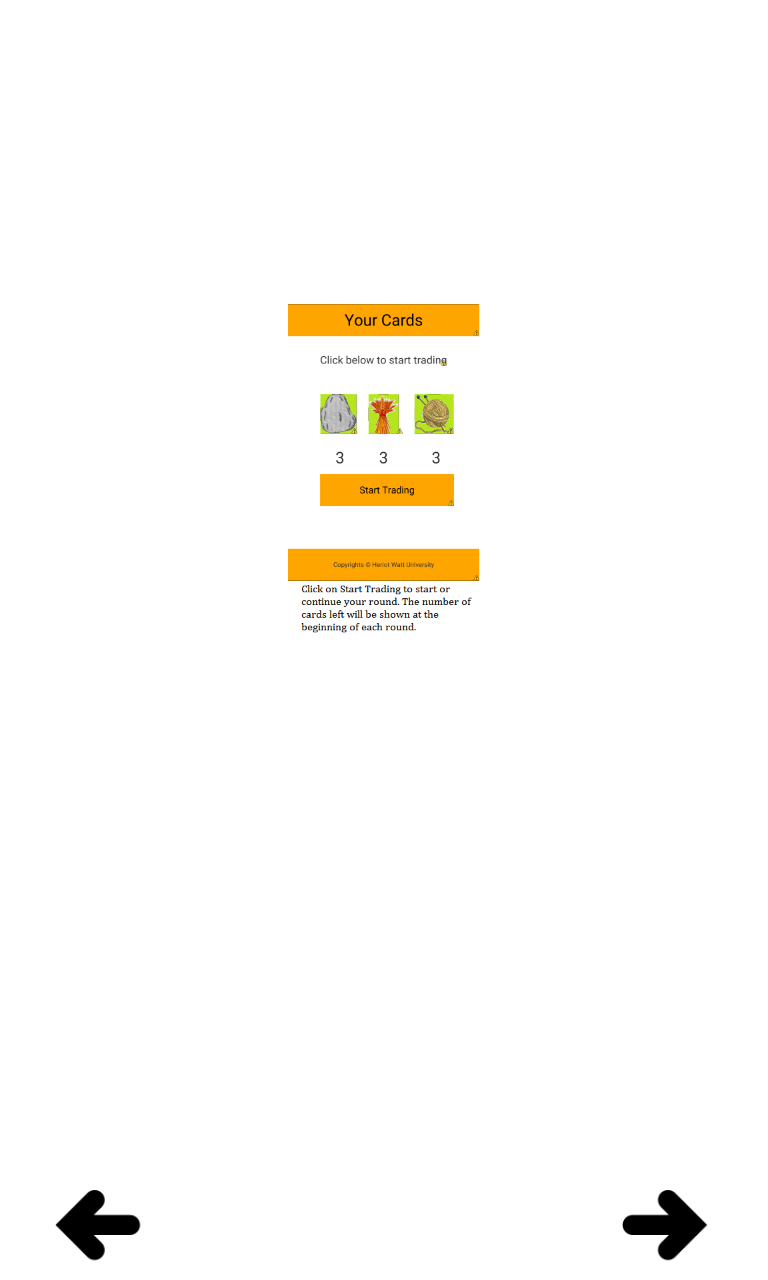
Repository: nidafarooqui/Trading-Game-Version-3
Layout: TaikunServer/res/layout/activity_help_page_two.xml
An editor plug-in stored every save of this project. The layout is shown before and after the next save, followed by the edit.
It is drawn on a 768 x 1280 px phone screen (xhdpi) without system bars, with theme AppTheme; the app's code is not run.

Above is the layout before, as saved 2014-08-17 00:30:29.

### TaikunServer/res/layout/activity_help_page_two.xml
<RelativeLayout xmlns:android="http://schemas.android.com/apk/res/android"
    xmlns:tools="http://schemas.android.com/tools"
    android:layout_width="match_parent"
    android:layout_height="match_parent"
    tools:context="${relativePackage}.${activityClass}" >

    <ImageButton
        android:id="@+id/imageButton1"
        android:layout_width="100dp"
        android:layout_height="60dp"
        android:layout_alignParentBottom="true"
        android:layout_alignParentRight="true"
        android:background="@android:color/transparent"
        android:scaleType="centerInside"
        android:src="@drawable/arrow_right_thick" />

    <ImageButton
        android:id="@+id/imageButton2"
        android:layout_width="100dp"
        android:layout_height="60dp"
        android:layout_alignParentBottom="true"
        android:layout_alignParentLeft="true"
        android:background="@android:color/transparent"
        android:scaleType="centerInside"
        android:src="@drawable/arrow_left_thick" />

    <ImageView
        android:id="@+id/imageView1"
        android:layout_width="wrap_content"
        android:layout_height="wrap_content"
        android:layout_alignParentTop="true"
        android:layout_centerHorizontal="true"
        android:layout_marginTop="152dp"
        android:scaleType="fitCenter"
        android:src="@drawable/help2" />

</RelativeLayout>

### TaikunServer/res/values/colours.xml
<?xml version="1.0" encoding="utf-8"?>
<resources>

    <color name="white">#FFFFFF</color>
    <color name="black">#000000</color>
    <color name="symptom_color_selected">#003366</color>
    <color name="reaction_color_selected">#003366</color>
    <color name="static_text_color">#003366</color>
    <color name="journal_entry_listitem_text_color">#003366</color>
    <color name="note_text_disabled">#333333</color>
    <color name="sky">#0099CC</color>
    <color name="lightgray">#e7e7e7</color>
      <color name="lightgray02">#bfbfbf</color>
    <color name="dark">#000015</color>
    <color name="lightgreen">#336666</color>
    <color name="orrange">#e33d1b</color>
    <color name="darkorrange">#cc2303</color>


 <color name="ivory">#FFFFF0</color>
 <color name="lightYellow">#FFFFE0</color>
 <color name="snow">#FFFAFA</color>
 <color name="floralWhite">#FFFAF0</color>
 <color name="lemonChiffon">#FFFACD</color>
 <color name="cornsilk">#FFF8DC</color>
 <color name="seashell">#FFF5EE</color>
 <color name="lavenderBlush">#FFF0F5</color>
 <color name="papayaWhip">#FFEFD5</color>
 <color name="blanchedAlmond">#FFEBCD</color>
 <color name="mistyRose">#FFE4E1</color>
 <color name="bisque">#FFE4C4</color>
 <color name="moccasin">#FFE4B5</color>
 <color name="navajoWhite">#FFDEAD</color>
 <color name="peachPuff">#FFDAB9</color>
 <color name="gold">#FFD700</color>
 <color name="pink">#FFC0CB</color>
 <color name="lightPink">#FFB6C1</color>
 <color name="orange">#FFA500</color>
 <color name="lightSalmon">#FFA07A</color>
 <color name="darkOrange">#FF8C00</color>
 <color name="coral">#FF7F50</color>
 <color name="hotPink">#FF69B4</color>
 <color name="tomato">#FF6347</color>
 <color name="orangeRed">#FF4500</color>
 <color name="deepPink">#FF1493</color>
 <color name="fuchsia">#FF00FF</color>
 <color name="magenta">#FF00FF</color>
 <color name="red">#FF0000</color>
 <color name="oldLace">#FDF5E6</color>
 <color name="lightGoldenrodYellow">#FAFAD2</color>
 <color name="linen">#FAF0E6</color>
 <color name="antiqueWhite">#FAEBD7</color>
 <color name="salmon">#FA8072</color>
 <color name="ghostWhite">#F8F8FF</color>
 <color name="mintCream">#F5FFFA</color>
 <color name="whiteSmoke">#F5F5F5</color>
 <color name="beige">#F5F5DC</color>
 <color name="wheat">#F5DEB3</color>
 <color name="sandyBrown">#F4A460</color>
 <color name="azure">#F0FFFF</color>
 <color name="honeydew">#F0FFF0</color>
 <color name="aliceBlue">#F0F8FF</color>
 <color name="khaki">#F0E68C</color>
 <color name="lightCoral">#F08080</color>
 <color name="paleGoldenrod">#EEE8AA</color>
 <color name="violet">#EE82EE</color>
 <color name="darkSalmon">#E9967A</color>
 <color name="lavender">#E6E6FA</color>
 <color name="lightCyan">#E0FFFF</color>
 <color name="burlyWood">#DEB887</color>
 <color name="plum">#DDA0DD</color>
 <color name="gainsboro">#DCDCDC</color>
 <color name="crimson">#DC143C</color>
 <color name="paleVioletRed">#DB7093</color>
 <color name="goldenrod">#DAA520</color>
 <color name="orchid">#DA70D6</color>
 <color name="thistle">#D8BFD8</color>
 <color name="lightGrey">#D3D3D3</color>
 <color name="tan">#D2B48C</color>
 <color name="chocolate">#D2691E</color>
 <color name="peru">#CD853F</color>
 <color name="indianRed">#CD5C5C</color>
 <color name="mediumVioletRed">#C71585</color>
 <color name="silver">#C0C0C0</color>
 <color name="darkKhaki">#BDB76B</color>
 <color name="rosyBrown">#BC8F8F</color>
 <color name="mediumOrchid">#BA55D3</color>
 <color name="darkGoldenrod">#B8860B</color>
 <color name="fireBrick">#B22222</color>
 <color name="powderBlue">#B0E0E6</color>
 <color name="lightSteelBlue">#B0C4DE</color>
 <color name="paleTurquoise">#AFEEEE</color>
 <color name="greenYellow">#ADFF2F</color>
 <color name="lightBlue">#ADD8E6</color>
 <color name="darkGray">#A9A9A9</color>
 <color name="brown">#A52A2A</color>
 <color name="sienna">#A0522D</color>
 <color name="yellowGreen">#9ACD32</color>
 <color name="darkOrchid">#9932CC</color>
 <color name="paleGreen">#98FB98</color>
 <color name="darkViolet">#9400D3</color>
 <color name="mediumPurple">#9370DB</color>
 <color name="lightGreen">#90EE90</color>
 <color name="darkSeaGreen">#8FBC8F</color>
 <color name="saddleBrown">#8B4513</color>
 <color name="darkMagenta">#8B008B</color>
 <color name="darkRed">#8B0000</color>
 <color name="blueViolet">#8A2BE2</color>
 <color name="lightSkyBlue">#87CEFA</color>
 <color name="skyBlue">#87CEEB</color>
 <color name="gray">#808080</color>
 <color name="olive">#808000</color>
 <color name="purple">#800080</color>
 <color name="maroon">#800000</color>
 <color name="aquamarine">#7FFFD4</color>
 <color name="chartreuse">#7FFF00</color>
 <color name="lawnGreen">#7CFC00</color>
 <color name="mediumSlateBlue">#7B68EE</color>
 <color name="lightSlateGray">#778899</color>
 <color name="slateGray">#708090</color>
 <color name="oliveDrab">#6B8E23</color>
 <color name="slateBlue">#6A5ACD</color>
 <color name="dimGray">#696969</color>
 <color name="mediumAquamarine">#66CDAA</color>
 <color name="cornflowerBlue">#6495ED</color>
 <color name="cadetBlue">#5F9EA0</color>
 <color name="darkOliveGreen">#556B2F</color>
 <color name="indigo">#4B0082</color>
 <color name="mediumTurquoise">#48D1CC</color>
 <color name="darkSlateBlue">#483D8B</color>
 <color name="steelBlue">#4682B4</color>
 <color name="royalBlue">#4169E1</color>
 <color name="turquoise">#40E0D0</color>
 <color name="mediumSeaGreen">#3CB371</color>
 <color name="limeGreen">#32CD32</color>
 <color name="darkSlateGray">#2F4F4F</color>
 <color name="seaGreen">#2E8B57</color>
 <color name="forestGreen">#228B22</color>
 <color name="lightSeaGreen">#20B2AA</color>
 <color name="dodgerBlue">#1E90FF</color>
 <color name="midnightBlue">#191970</color>
 <color name="aqua">#00FFFF</color>
 <color name="cyan">#00FFFF</color>
 <color name="springGreen">#00FF7F</color>
 <color name="lime">#00FF00</color>
 <color name="mediumSpringGreen">#00FA9A</color>
 <color name="darkTurquoise">#00CED1</color>
 <color name="deepSkyBlue">#00BFFF</color>
 <color name="darkCyan">#008B8B</color>
 <color name="teal">#008080</color>
 <color name="green">#008000</color>
 <color name="darkGreen">#006400</color>
 <color name="blue">#0000FF</color>
 <color name="mediumBlue">#0000CD</color>
 <color name="darkBlue">#00008B</color>
 <color name="navy">#000080</color>

</resources>

Loaded but not shown: TaikunServer/res/values/styles.xml (common file); TaikunServer/res/values-v11/styles.xml (common file); TaikunServer/res/values-v14/styles.xml (common file)

After the next save:
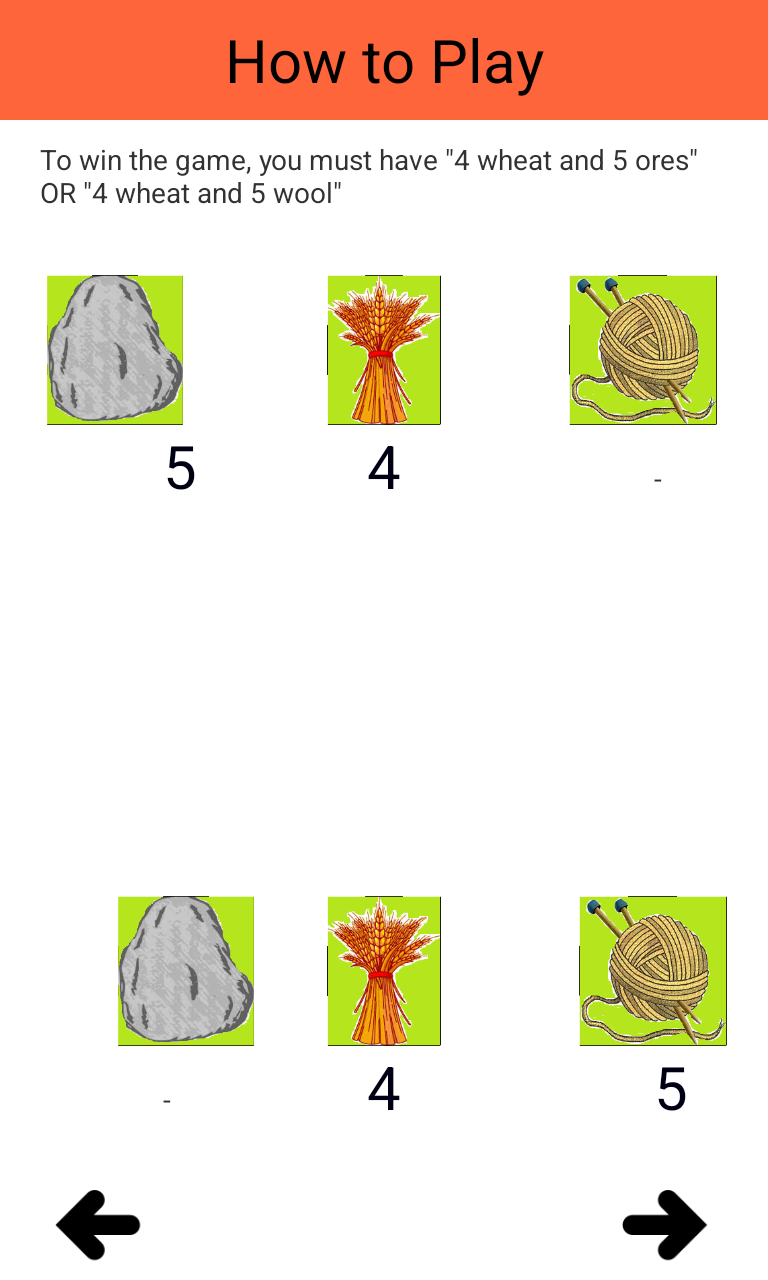
Saved 51 s later.
--- a/TaikunServer/res/layout/activity_help_page_two.xml
+++ b/TaikunServer/res/layout/activity_help_page_two.xml
@@ -2,10 +2,11 @@
     xmlns:tools="http://schemas.android.com/tools"
     android:layout_width="match_parent"
     android:layout_height="match_parent"
+    android:gravity="center_vertical"
     tools:context="${relativePackage}.${activityClass}" >
 
     <ImageButton
-        android:id="@+id/imageButton1"
+        android:id="@+id/imageButtonPageThree"
         android:layout_width="100dp"
         android:layout_height="60dp"
         android:layout_alignParentBottom="true"
@@ -15,7 +16,7 @@
         android:src="@drawable/arrow_right_thick" />
 
     <ImageButton
-        android:id="@+id/imageButton2"
+        android:id="@+id/imageButtonBack"
         android:layout_width="100dp"
         android:layout_height="60dp"
         android:layout_alignParentBottom="true"
@@ -24,14 +25,140 @@
         android:scaleType="centerInside"
         android:src="@drawable/arrow_left_thick" />
 
-    <ImageView
-        android:id="@+id/imageView1"
+    <TextView
+        android:id="@+id/textView1"
         android:layout_width="wrap_content"
         android:layout_height="wrap_content"
         android:layout_alignParentTop="true"
+        android:layout_marginLeft="20dp"
+        android:layout_marginRight="20dp"
+        android:layout_marginTop="70dp"
+        android:text="To win the game, you must have &quot;4 wheat and 5 ores&quot; OR &quot;4 wheat and 5 wool&quot;" />
+
+    <ImageView
+        android:id="@+id/rockImage"
+        android:layout_width="75dp"
+        android:layout_height="75dp"
+        android:layout_alignTop="@+id/wheatImage"
+        android:layout_marginRight="24dp"
+        android:layout_toLeftOf="@+id/wheatImage"
+        android:src="@drawable/rockcard" />
+
+    <ImageView
+        android:id="@+id/wheatImage"
+        android:layout_width="75dp"
+        android:layout_height="75dp"
+        android:layout_alignTop="@+id/woolImage"
         android:layout_centerHorizontal="true"
-        android:layout_marginTop="152dp"
-        android:scaleType="fitCenter"
-        android:src="@drawable/help2" />
+        android:src="@drawable/wheatcard" />
+
+    <TextView
+        android:id="@+id/wheatGoalState"
+        android:layout_width="wrap_content"
+        android:layout_height="wrap_content"
+        android:layout_below="@+id/rockImage"
+        android:layout_centerHorizontal="true"
+        android:text="4"
+        android:textColor="@color/dark"
+        android:textSize="30sp" />
+
+    <TextView
+        android:id="@+id/woolGoalState"
+        android:layout_width="wrap_content"
+        android:layout_height="wrap_content"
+        android:layout_alignBaseline="@+id/wheatGoalState"
+        android:layout_alignBottom="@+id/wheatGoalState"
+        android:layout_alignRight="@+id/woolImage"
+        android:layout_marginRight="20dp"
+        android:text="5"
+        android:textColor="@color/dark"
+        android:textSize="30sp" />
+
+    <ImageView
+        android:id="@+id/woolImage"
+        android:layout_width="75dp"
+        android:layout_height="75dp"
+        android:layout_above="@+id/imageButtonPageThree"
+        android:layout_alignRight="@+id/textView1"
+        android:layout_marginBottom="57dp"
+        android:src="@drawable/woolcard" />
+
+    <ImageView
+        android:id="@+id/ImageView03"
+        android:layout_width="75dp"
+        android:layout_height="75dp"
+        android:layout_alignLeft="@+id/imageButtonPageThree"
+        android:layout_below="@+id/textView1"
+        android:layout_marginTop="32dp"
+        android:src="@drawable/woolcard" />
+
+    <ImageView
+        android:id="@+id/ImageView01"
+        android:layout_width="75dp"
+        android:layout_height="75dp"
+        android:layout_alignLeft="@+id/wheatImage"
+        android:layout_alignTop="@+id/ImageView03"
+        android:src="@drawable/wheatcard" />
+
+    <ImageView
+        android:id="@+id/ImageView02"
+        android:layout_width="75dp"
+        android:layout_height="75dp"
+        android:layout_alignLeft="@+id/textView1"
+        android:layout_alignTop="@+id/ImageView01"
+        android:src="@drawable/rockcard" />
+
+    <TextView
+        android:id="@+id/TextView01"
+        android:layout_width="wrap_content"
+        android:layout_height="wrap_content"
+        android:layout_alignLeft="@+id/wheatGoalState"
+        android:layout_below="@+id/ImageView01"
+        android:text="4"
+        android:textColor="@color/dark"
+        android:textSize="30sp" />
+
+    <TextView
+        android:id="@+id/rocksGoalState"
+        android:layout_width="wrap_content"
+        android:layout_height="wrap_content"
+        android:layout_alignBaseline="@+id/TextView01"
+        android:layout_alignBottom="@+id/TextView01"
+        android:layout_alignLeft="@+id/rockImage"
+        android:layout_marginLeft="26dp"
+        android:text="5"
+        android:textColor="@color/dark"
+        android:textSize="30sp" />
+
+    <TextView
+        android:id="@+id/textView4"
+        android:layout_width="wrap_content"
+        android:layout_height="wrap_content"
+        android:layout_alignBaseline="@+id/wheatGoalState"
+        android:layout_alignBottom="@+id/wheatGoalState"
+        android:layout_alignLeft="@+id/rocksGoalState"
+        android:text="-" />
+
+    <TextView
+        android:id="@+id/textView3"
+        android:layout_width="wrap_content"
+        android:layout_height="wrap_content"
+        android:layout_alignBaseline="@+id/TextView01"
+        android:layout_alignBottom="@+id/TextView01"
+        android:layout_alignLeft="@+id/woolGoalState"
+        android:layout_alignParentRight="true"
+        android:text="-" />
+
+    <TextView
+        android:id="@+id/textViewTurn"
+        android:layout_width="fill_parent"
+        android:layout_height="60dp"
+        android:layout_alignParentLeft="true"
+        android:layout_alignParentTop="true"
+        android:background="#FF653A"
+        android:gravity="center_horizontal|center_vertical"
+        android:text="How to Play"
+        android:textAppearance="?android:attr/textAppearanceLarge"
+        android:textSize="30sp" />
 
 </RelativeLayout>
